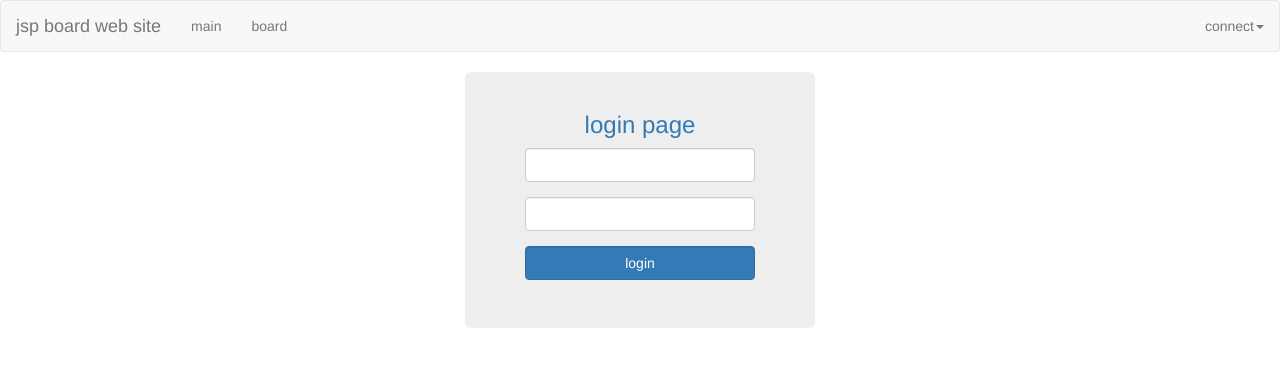
Repository: dudgh9661/JSP
Page: http://localhost/board/join.jsp
The author's editor kept a copy of each file at every save. The page is drawn from the files as they stood at one save, then again after the next save.
The browser window is 1280 px wide. The pictures show the whole page.
Some web libraries are served in a nearby version. The page is served by Tomcat 9. Other server files are loaded and not shown.

Above is the page before, as saved 2020-08-05 06:18:29.

### board/WebContent/join.jsp
<%@ page language="java" contentType="text/html; charset=UTF-8"
    pageEncoding="UTF-8"%>
<!DOCTYPE html>
<html>
<head>
<meta http-equiv="Content-Type" content="text/html; charset=UTF-8">
 <meta name="viewport" content="width=device-width, initial-scale=1">
<link href="./css/bootstrap.css" rel="stylesheet">
<title>afdfs</title>
</head>
<body>
	<nav class="navbar navbar-default">
		<div class="navbar-header">
			<button type="button" class="navbar-toggle collapsed"
				data-toggle="collapse" data-target="#bs-example-navbar-collapse-1"
				aria-expanded="false">
				<span class="icon-bar"></span>
				<span class="icon-bar"></span>
				<span class="icon-bar"></span>
			</button>
			<a class="navbar-brand" href="main.jsp">jsp board web site</a>
		</div>
		<div class="collpase navbar-collapse" id="bs-example-navbar-collapse-1">
			<ul class="nav navbar-nav">
				<li><a href="main.jsp">main</a></li>
				<li><a href="bbs.jsp">board</a></li>
			</ul>
			<ul class="nav navbar-nav navbar-right">
				<li class="dropdown">
					<a href="#" class="dropdown-toggle"
						data-toggle="dropdown" role="button" aria-haspopup="true"
						aria-expanded="false">connect<span class="caret"></span>
					</a>
					<ul class="dropdown-menu">
						<li class="active"><a href="login.jsp">login</a></li>
						<li><a href="join.jsp">join</a></li>
					</ul>
				</li>
			</ul>
		</div>
	</nav>

	<div class="container">
		<div class="col-lg-4"></div>
		<div class="col-lg-4">
			<div class="jumbotron" style="padding-top: 20px;"><a>
				<form method="post" action="LoginAction.jsp">
					<h3 style="text-align: center;">login page</h3>
					<div class="form-group">
						<input type="text" class="form-control" placegholder="id" name="userID" maxlength="20">
					</div>
					<div class="form-group">
						<input type="password" class="form-control" placegholder="password" name="userPassword" maxlength="20">
					</div>
					<input type="submit" class="btn btn-primary form-control" value="login">
				</form>
			</a></div>
		</div>
		<div class="col-lg-4"></div>
	</div>

	 <script src="https://ajax.googleapis.com/ajax/libs/jquery/3.2.1/jquery.min.js"></script>
 	<script src="https://maxcdn.bootstrapcdn.com/bootstrap/3.3.7/js/bootstrap.min.js"></script>
</body>
</html>

Loaded but not shown: board/WebContent/css/bootstrap.css (library)

After the next save:
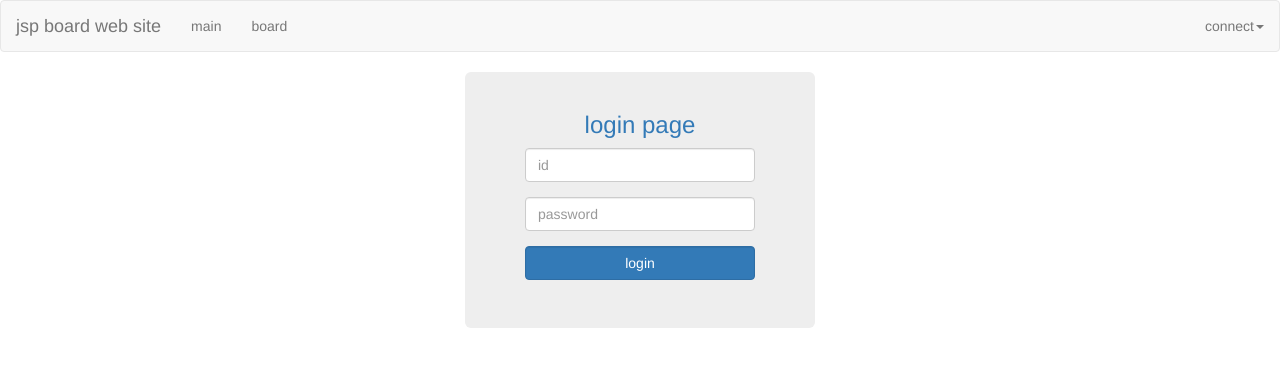
Saved 12 min 14 s later.
--- a/board/WebContent/join.jsp
+++ b/board/WebContent/join.jsp
@@ -47,10 +47,10 @@
 				<form method="post" action="LoginAction.jsp">
 					<h3 style="text-align: center;">login page</h3>
 					<div class="form-group">
-						<input type="text" class="form-control" placegholder="id" name="userID" maxlength="20">
+						<input type="text" class="form-control" placeholder="id" name="userID" maxlength="20">
 					</div>
 					<div class="form-group">
-						<input type="password" class="form-control" placegholder="password" name="userPassword" maxlength="20">
+						<input type="password" class="form-control" placeholder="password" name="userPassword" maxlength="20">
 					</div>
 					<input type="submit" class="btn btn-primary form-control" value="login">
 				</form>
